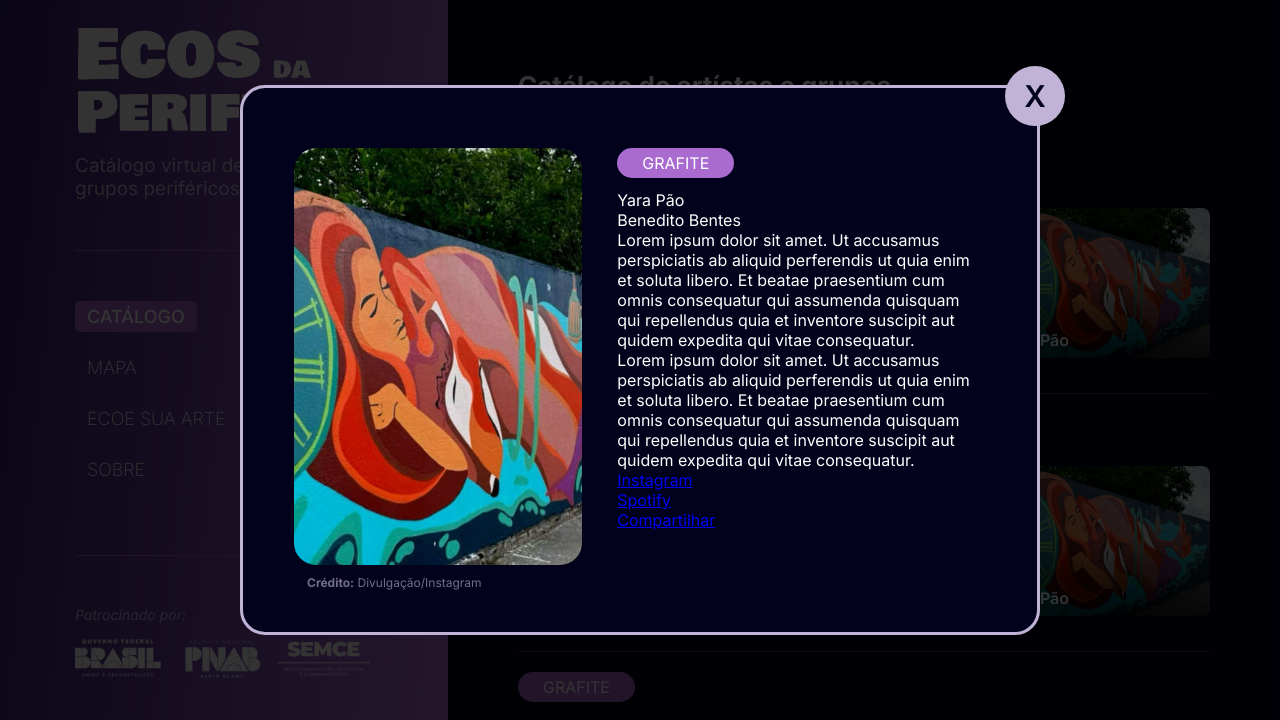
Repository: lucasthaynan/ecos-da-periferia
Page: index.html
An editor plug-in stored every save of this project. The page is shown before and after the next save, followed by the edit.
The browser window is 1280 px wide. The pictures show the whole page.
An inner scrolling area shows only its first screen.

Above is the page before, as saved 2025-11-11 23:05:46.

After the next save:
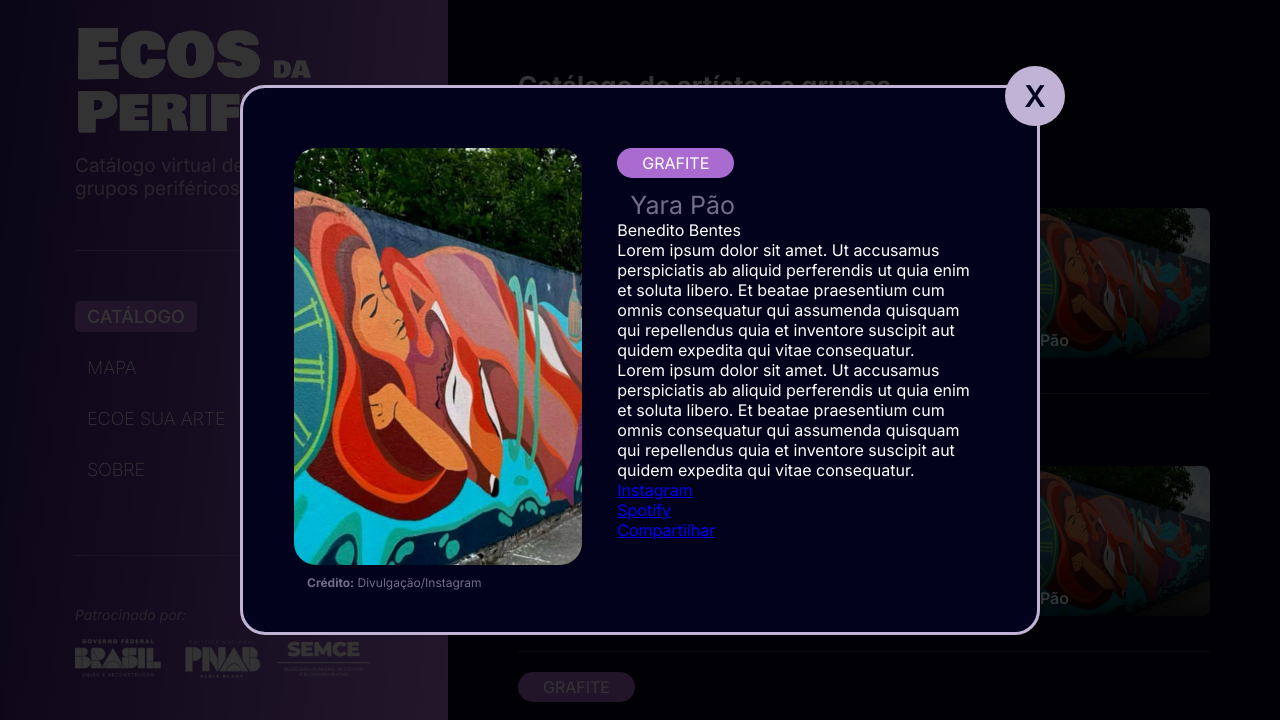
Saved 31 s later.
--- a/style.css
+++ b/style.css
@@ -302,9 +302,16 @@
     transition: transform 0.4s ease;
 }
 
-p.credito {
+div.popup p.credito {
     font-size: 12px;
     color: var(--font-color);
     margin-left: 13px;
     opacity: 0.6;
 }
+
+div.popup p.nome{
+    font-size: 25px;
+    color: var(--font-color);
+    margin-left: 13px;
+    opacity: 0.6;
+}
